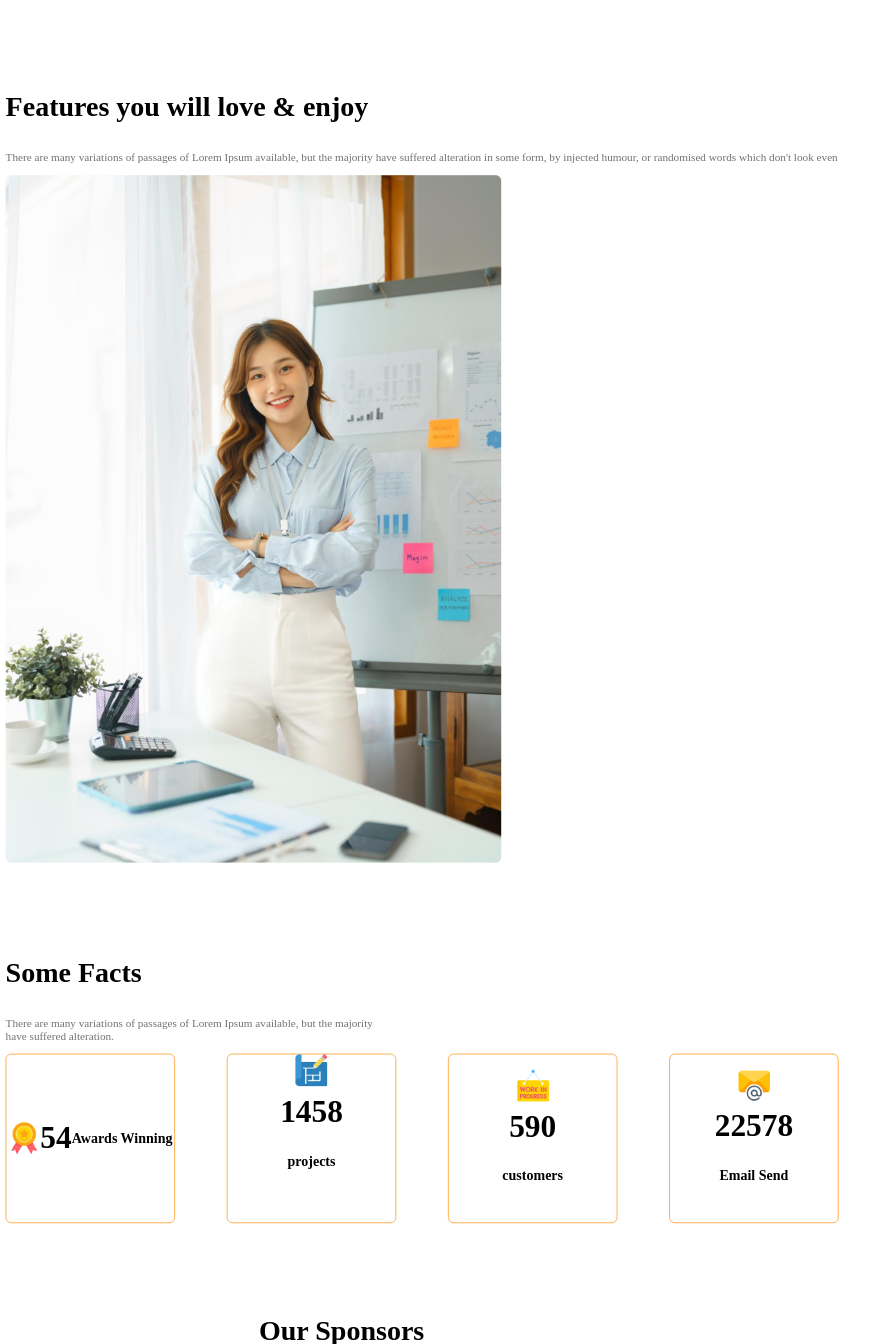
Repository: tanimtanzilislam/g3-architect-website
Page: index.html
An editor plug-in stored every save of this project. The page is shown before and after the next save, followed by the edit.
The browser window is 1280 px wide. The pictures show the part of the page from y = 2686 to 4606 px (the page is 4860 px tall before and 4878 px after), at 70% of full size.

Above is the page before, as saved 2026-02-06 22:22:55.

After the next save:
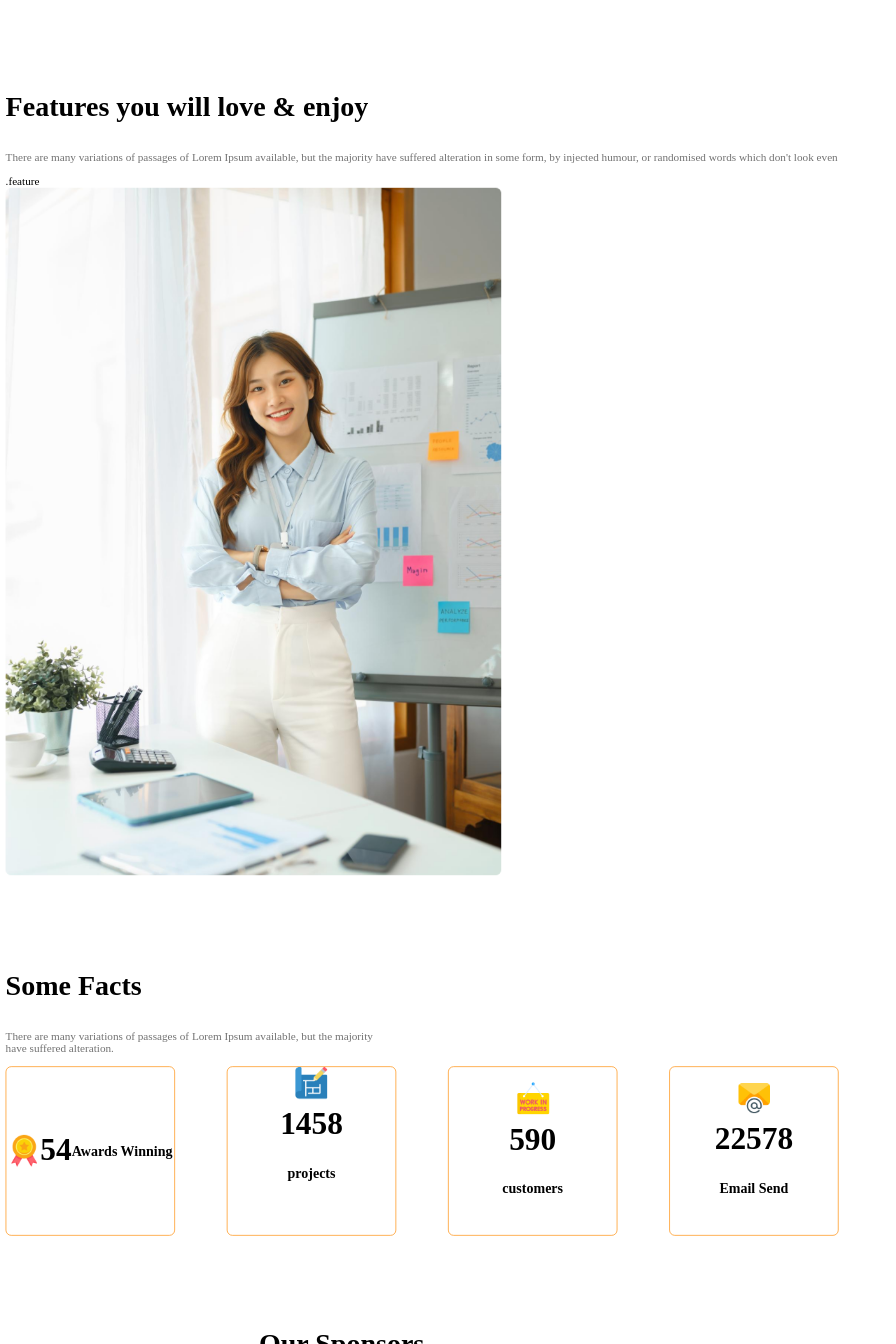
Saved 14 s later.
--- a/index.html
+++ b/index.html
@@ -65,7 +65,7 @@
            <p class="text-light-gray">There are many variations of passages of Lorem Ipsum available, but the majority have suffered alteration in some form, by injected humour, or randomised words which don't look even</p>
 
            <!-- feature card container -->
-
+            .feature
             </div>
             <div>
                 <img src="images/architect.png" alt="">

After the 2 saves that followed:
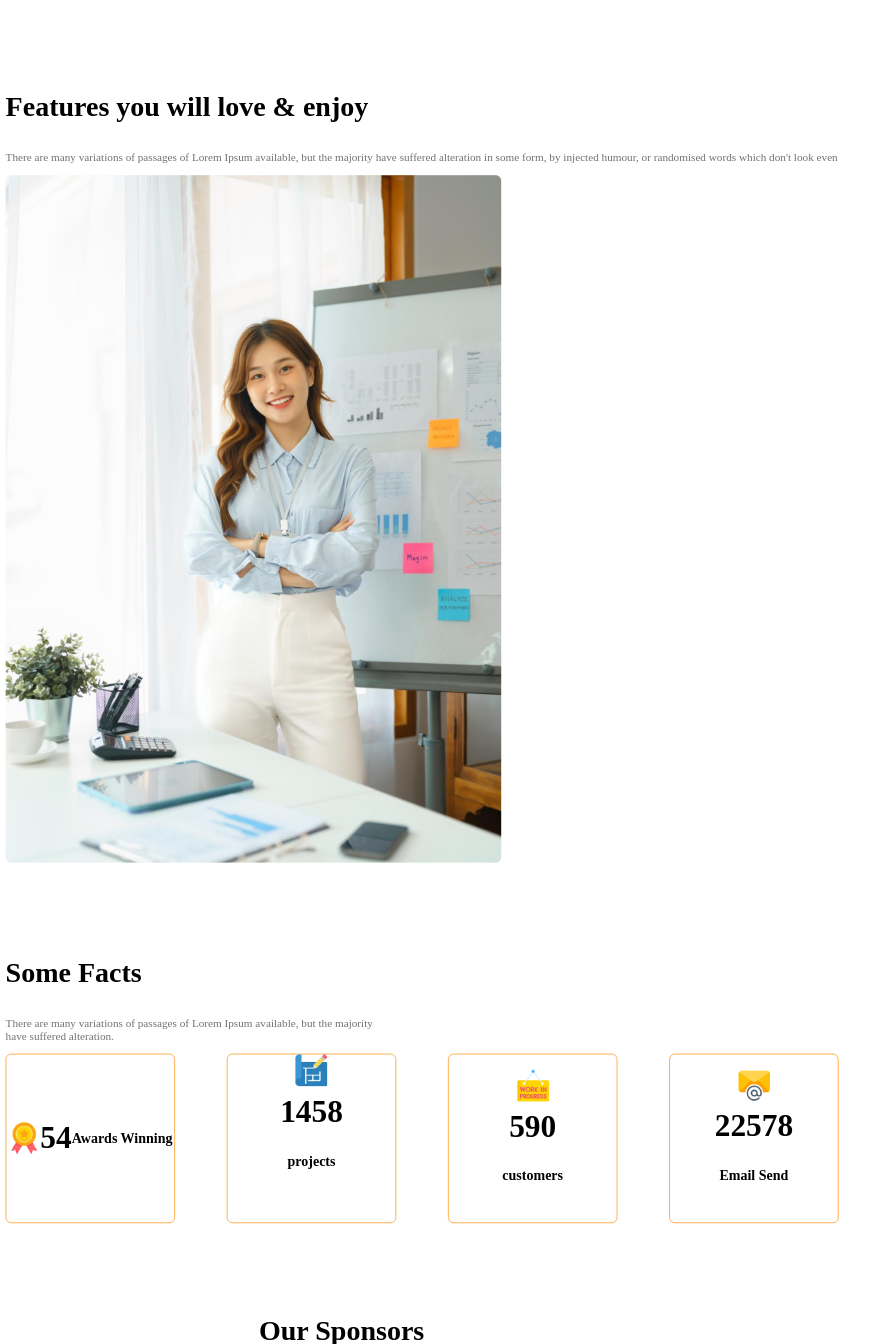
The 2 saves are shown as one change because they came seconds apart.
The last was saved 7 s later.
--- a/index.html
+++ b/index.html
@@ -65,7 +65,9 @@
            <p class="text-light-gray">There are many variations of passages of Lorem Ipsum available, but the majority have suffered alteration in some form, by injected humour, or randomised words which don't look even</p>
 
            <!-- feature card container -->
-            .feature
+            <div class="feature-card">
+
+            </div>
             </div>
             <div>
                 <img src="images/architect.png" alt="">
